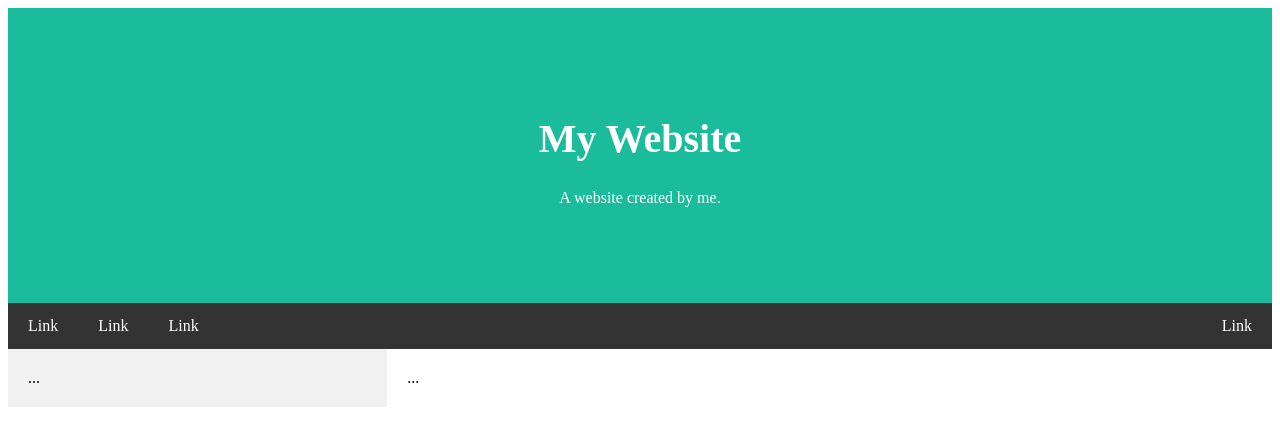
Repository: Dogueen/miniProyectoUniversidad
Page: miniProyecto/miniProyecto.html
These files come from the project's save history. The page is drawn as it stood at one moment and after the next save; the edit follows.
The browser window is 1280 px wide. The pictures show the whole page.

Above is the page before, as saved 2023-10-27 16:18:00.

### miniProyecto/miniProyecto.html
<!DOCTYPE html>
<html lang="es">

    <head>
        <title>Ejemplo de un Website</title>
        <meta charset="UTF-8">
        <meta name="viewport" content="width=device-width, initial-scale=1">
        <link rel="stylesheet" type="text/css" href="styles/styles.css" />

        <style>
     </style>
    </head>

    <body>
        <div class="header">
            <h1>My Website</h1>
            <p>A website created by me.</p>
        </div>

        <div class="navbar">
            <a href="#">Link</a>
            <a href="#">Link</a>
            <a href="#">Link</a>
            <a href="#" class="right">Link</a>
        </div>

        <div class="row">
            <div class="side">...</div>
            <div class="main">...</div>
        </div>

    </body>

</html>

### miniProyecto/styles/styles.css
.header {
    padding: 80px;
    /* some padding */
    text-align: center;
    /* center the text */
    background: #1abc9c;
    /* green background */
    color: white;
    /* white text color */
}

/* Increase the font size of the <h1> element */
.header h1 {
    font-size: 40px;
}

/* Style the top navigation bar */
.navbar {
    overflow: hidden;
    /* Hide overflow */
    background-color: #333;
    /* Dark background color */
}

/* Style the navigation bar links */
.navbar a {
    float: left;
    /* Make sure that the links stay side-by-side */
    display: block;
    /* Change the display to block, for responsive reasons (see below) */
    color: white;
    /* White text color */
    text-align: center;
    /* Center the text */
    padding: 14px 20px;
    /* Add some padding */
    text-decoration: none;
    /* Remove underline */
}

/* Right-aligned link */
.navbar a.right {
    float: right;
    /* Float a link to the right */
}

/* Change color on hover/mouse-over */
.navbar a:hover {
    background-color: #ddd;
    /* Grey background color */
    color: black;
    /* Black text color */
}

/* Ensure proper sizing */
* {
    box-sizing: border-box;
}

/* Column container */
.row {
    display: flex;
    flex-wrap: wrap;
}

/* Create two unequal columns that sits next to each other */
/* Sidebar/left column */
.side {
    flex: 30%;
    /* Set the width of the sidebar */
    background-color: #f1f1f1;
    /* Grey background color */
    padding: 20px;
    /* Some padding */
}

/* Main column */
.main {
    flex: 70%;
    /* Set the width of the main content */
    background-color: white;
    /* White background color */
    padding: 20px;
    /* Some padding */
}

/* Responsive layout - when the screen is less than 700px wide, make the two columns stack on top of each other instead of next to each other */
@media screen and (max-width: 700px) {
    .row {
      flex-direction: column;
    }
  }

  /* Responsive layout - when the screen is less than 400px wide, make the navigation links stack on top of each other instead of next to each other */
  @media screen and (max-width: 400px) {
    .navbar a {
      float: none;
      width: 100%;
    }
  }

After the next save:
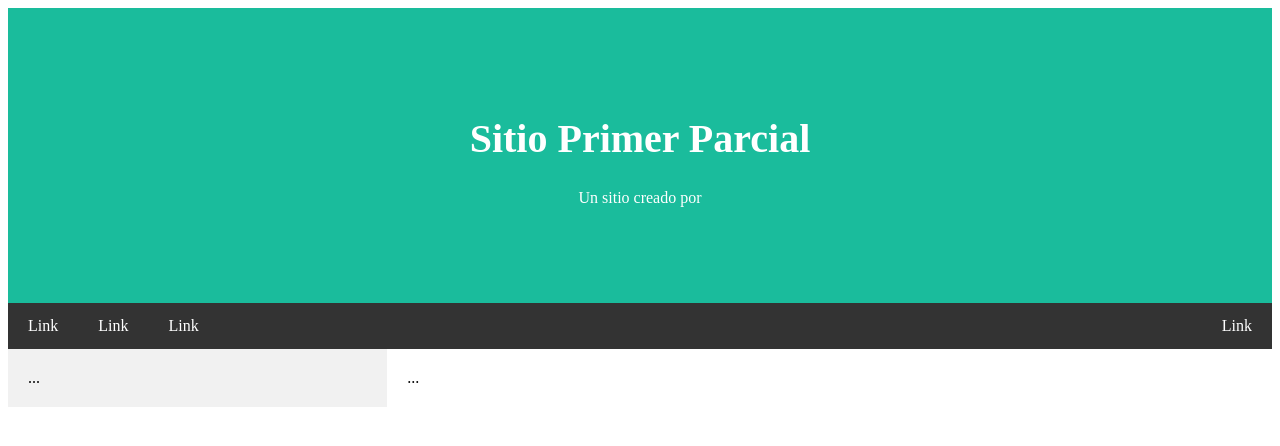
Saved 4 min 27 s later.
--- a/miniProyecto/miniProyecto.html
+++ b/miniProyecto/miniProyecto.html
@@ -13,8 +13,8 @@
 
     <body>
         <div class="header">
-            <h1>My Website</h1>
-            <p>A website created by me.</p>
+            <h1>Sitio Primer Parcial</h1>
+            <ph2></ph2>Un sitio creado por</p>
         </div>
 
         <div class="navbar">
